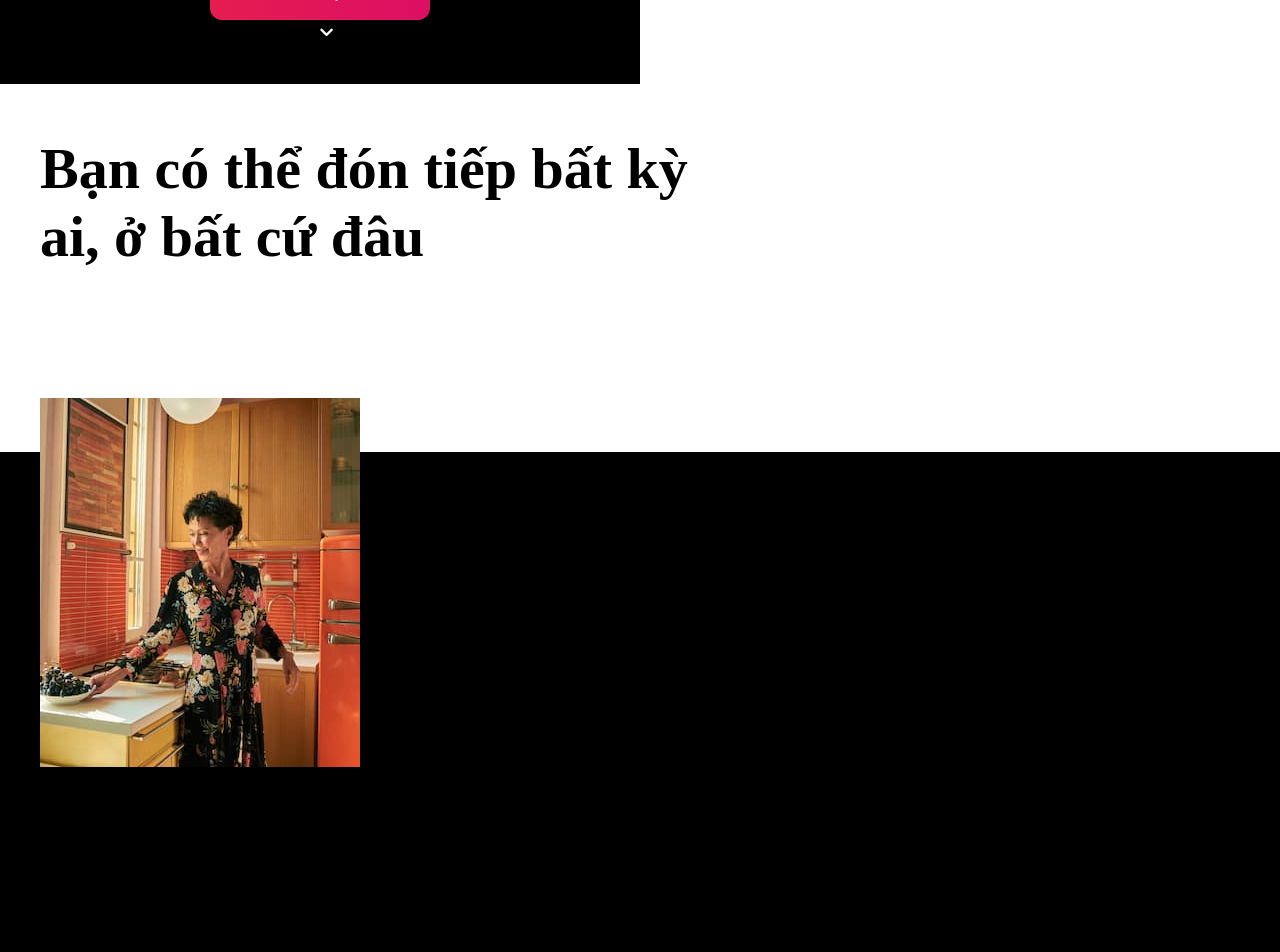
Repository: HoanTiny/AirbnbClone
Page: page3.html
The author's editor kept a copy of each file at every save. The page is drawn from the files as they stood at one save, then again after the next save.
The browser window is 1280 px wide. The pictures show the part of the page from y = 636 to 1588 px (the page is 1588 px tall).
Pictures or frames that could not be fetched are drawn as grey boxes.

Above is the page before, as saved 2021-09-13 10:02:29.

### page3.html
<!DOCTYPE html>
<html lang="en">
    <head>
        <meta charset="UTF-8" />
        <meta http-equiv="X-UA-Compatible" content="IE=edge" />
        <meta name="viewport" content="width=device-width, initial-scale=1.0" />
        <link rel="stylesheet" href="./acess/css/mainpage3.css" />
        <link rel="stylesheet" href="./acess/css/gird.css" />
        <link rel="stylesheet" href="./acess/css/base.css" />
        <link rel="stylesheet" href="./acess/css/reponsive.css" />
        <link
            rel="stylesheet"
            href="./acess/font/fontawesome-free-5.15.3-web/css/all.min.css"
        />
        <title>Cho thuê nhà</title>
    </head>
    <body>
        <div class="app-p3">
            <div class="banner">
                <div class="banner__left">
                    <div class="banner__left-img">
                        <svg
                            width="30"
                            height="32"
                            fill="currentcolor"
                            color="#fff"
                            style="display: block"
                        >
                            <path
                                d="M29.24 22.68c-.16-.39-.31-.8-.47-1.15l-.74-1.67-.03-.03c-2.2-4.8-4.55-9.68-7.04-14.48l-.1-.2c-.25-.47-.5-.99-.76-1.47-.32-.57-.63-1.18-1.14-1.76a5.3 5.3 0 00-8.2 0c-.47.58-.82 1.19-1.14 1.76-.25.52-.5 1.03-.76 1.5l-.1.2c-2.45 4.8-4.84 9.68-7.04 14.48l-.06.06c-.22.52-.48 1.06-.73 1.64-.16.35-.32.73-.48 1.15a6.8 6.8 0 007.2 9.23 8.38 8.38 0 003.18-1.1c1.3-.73 2.55-1.79 3.95-3.32 1.4 1.53 2.68 2.59 3.95 3.33A8.38 8.38 0 0022.75 32a6.79 6.79 0 006.75-5.83 5.94 5.94 0 00-.26-3.5zm-14.36 1.66c-1.72-2.2-2.84-4.22-3.22-5.95a5.2 5.2 0 01-.1-1.96c.07-.51.26-.96.52-1.34.6-.87 1.65-1.41 2.8-1.41a3.3 3.3 0 012.8 1.4c.26.4.45.84.51 1.35.1.58.06 1.25-.1 1.96-.38 1.7-1.5 3.74-3.21 5.95zm12.74 1.48a4.76 4.76 0 01-2.9 3.75c-.76.32-1.6.41-2.42.32-.8-.1-1.6-.36-2.42-.84a15.64 15.64 0 01-3.63-3.1c2.1-2.6 3.37-4.97 3.85-7.08.23-1 .26-1.9.16-2.73a5.53 5.53 0 00-.86-2.2 5.36 5.36 0 00-4.49-2.28c-1.85 0-3.5.86-4.5 2.27a5.18 5.18 0 00-.85 2.21c-.13.84-.1 1.77.16 2.73.48 2.11 1.78 4.51 3.85 7.1a14.33 14.33 0 01-3.63 3.12c-.83.48-1.62.73-2.42.83a4.76 4.76 0 01-5.32-4.07c-.1-.8-.03-1.6.29-2.5.1-.32.25-.64.41-1.02.22-.52.48-1.06.73-1.6l.04-.07c2.16-4.77 4.52-9.64 6.97-14.41l.1-.2c.25-.48.5-.99.76-1.47.26-.51.54-1 .9-1.4a3.32 3.32 0 015.09 0c.35.4.64.89.9 1.4.25.48.5 1 .76 1.47l.1.2c2.44 4.77 4.8 9.64 7 14.41l.03.03c.26.52.48 1.1.73 1.6.16.39.32.7.42 1.03.19.9.29 1.7.19 2.5z"
                            ></path>
                        </svg>
                    </div>
                    <div class="banner__left-conttent">
                        <h1 class="banner__left-heading">
                            Đón tiếp khách làm nên linh hồn của Airbnb
                        </h1>
                        <button class="banner__left-btn">
                            Thử đón tiếp khách
                        </button>
                    </div>
                    <i class="fas fa-chevron-down banner__left-icon"></i>
                </div>
                <div class="banner-right">
                    <video
                        id="video"
                        src="./acess/img/Cho thuê nhà trên Airbnb.webm"
                        class="banner__right-video"
                        autoplay
                        crossorigin="anonymous"
                        playsinline
                        preload="auto"
                        aria-label="Chelsea, Chủ nhà ở Philadelphia, mỉm cười khi mở cửa. Soraya, Chủ nhà ở Mumbai, mỉm cười khi mở cửa trước cùng một người khác ở bên cạnh. Mohamed, Chủ nhà ở Johannesburg, mỉm cười khi mở cửa. Maria, Chủ nhà ở Mexico City, gật đầu mỉm cười khi mang cây đi."
                    ></video>
                </div>
            </div>
            <div class="content">
                <div class="content__heading">
                    <div class="grid wide">
                        <h2 class="content__heading-top">
                            Bạn có thể đón tiếp bất kỳ ai, ở bất cứ đâu
                        </h2>
                    </div>
                    <div class="grid wide">
                        <div class="row content__home">
                            <div class="col l-4">
                                <img src="./acess/img/home-p3.jpg" class="img content__home-img"></img>
                            </div>
                        </div>
                    </div>
                </div>
                <div class="content__search"></div>
            </div>
        </div>
        <script>
            var videoPlayer = document.getElementById("video");
            // Auto play, half volume.
            videoPlayer.play();
            videoPlayer.volume = 0.5;

            // Play / pause.
            videoPlayer.addEventListener("click", function () {
                if (videoPlayer.paused == false) {
                    videoPlayer.pause();
                    videoPlayer.firstChild.nodeValue = "Play";
                } else {
                    videoPlayer.play();
                    videoPlayer.firstChild.nodeValue = "Pause";
                }
            });
        </script>
    </body>
</html>

### acess/css/mainpage3.css
body {
    margin: 0;
}

.banner {
    height: 100vh;
    display: flex;
    justify-content: center;
}
.banner__left {
    width: 50%;
    background-color: #000;
    position: relative;
}
.banner__left-img {
    padding: 24px;
}
.banner__left-conttent {
    display: flex;
    flex-direction: column;
    align-items: center;
    justify-content: center;
    position: absolute;
    top: 50%;
    left: 50%;
    transform: translate(-50%, -50%);
    width: fit-content;
}
.banner__left-heading {
    color: #fff;
    text-align: center;
    font-size: 6.8rem;
    line-height: 7rem;
    padding: 12px 24px;
    font-weight: 500;
}
.banner__left-btn {
    padding: 18px 32px;
    font-size: 1.8rem;
    border-radius: 12px;
    background-image: linear-gradient(
        to right,
        rgb(229, 29, 80),
        rgb(220, 14, 100)
    );
    color: var(--white-color);
    border: none;
    cursor: pointer;
}

.banner__left-icon {
    color: var(--white-color);
    position: absolute;
    bottom: 32px;
    font-size: 1.5rem;
    left: 50%;
    padding: 12px;
    margin-left: -12px;
    border-radius: 50%;
    cursor: pointer;
}

.banner__left-icon:hover {
    background-color: #999;
}

.banner-right {
    width: 50%;
}

.banner__right-video {
    object-fit: cover;
    object-position: center top;
    width: 100%;
    height: 100%;
}

.content__heading {
    position: relative;
    height: 320px;
}

.content__heading-top {
    margin-top: 48px;
    font-size: 5.8rem;
    line-height: 6.8rem;
    text-align: left;
    width: 60%;
}

.content__home {
    position: absolute;
    bottom: -100%;
}

.content__search {
    background-color: #000;
    height: 500px;
}

### acess/css/gird.css
.grid {
    width: 100%;
    display: block;
    padding: 0;
}

.grid.wide {
    max-width: 1200px;
    margin: 0 auto;
}

.row {
    display: flex;
    flex-wrap: wrap;
    margin-left: -8px;
    margin-right: -8px;
}

.row.no-gutters {
    margin-left: 0;
    margin-right: 0;
}

.col {
    padding-left: 12px;
    padding-right: 12px;
}

.row.no-gutters .col {
    padding-left: 0;
    padding-right: 0;
}

.c-0 {
    display: none;
}

.c-1 {
    flex: 0 0 8.33333%;
    max-width: 8.33333%;
}

.c-2 {
    flex: 0 0 16.66667%;
    max-width: 16.66667%;
}

.c-3 {
    flex: 0 0 25%;
    max-width: 25%;
}

.c-4 {
    flex: 0 0 33.33333%;
    max-width: 33.33333%;
}

.c-5 {
    flex: 0 0 41.66667%;
    max-width: 41.66667%;
}

.c-6 {
    flex: 0 0 50%;
    max-width: 50%;
}

.c-7 {
    flex: 0 0 58.33333%;
    max-width: 58.33333%;
}

.c-8 {
    flex: 0 0 66.66667%;
    max-width: 66.66667%;
}

.c-9 {
    flex: 0 0 75%;
    max-width: 75%;
}

.c-10 {
    flex: 0 0 83.33333%;
    max-width: 83.33333%;
}

.c-11 {
    flex: 0 0 91.66667%;
    max-width: 91.66667%;
}

.c-12 {
    flex: 0 0 100%;
    max-width: 100%;
}

.c-o-1 {
    margin-left: 8.33333%;
}

.c-o-2 {
    margin-left: 16.66667%;
}

.c-o-3 {
    margin-left: 25%;
}

.c-o-4 {
    margin-left: 33.33333%;
}

.c-o-5 {
    margin-left: 41.66667%;
}

.c-o-6 {
    margin-left: 50%;
}

.c-o-7 {
    margin-left: 58.33333%;
}

.c-o-8 {
    margin-left: 66.66667%;
}

.c-o-9 {
    margin-left: 75%;
}

.c-o-10 {
    margin-left: 83.33333%;
}

.c-o-11 {
    margin-left: 91.66667%;
}

/* >= Tablet */
@media (min-width: 740px) {
    .row {
        margin-left: -4px;
        margin-right: -4px;
    }

    .col {
        padding-left: 4px;
        padding-right: 4px;
    }

    .m-0 {
        display: none;
    }

    .m-1,
    .m-2,
    .m-3,
    .m-4,
    .m-5,
    .m-6,
    .m-7,
    .m-8,
    .m-9,
    .m-10,
    .m-11,
    .m-12 {
        display: block;
    }

    .m-1 {
        flex: 0 0 8.33333%;
        max-width: 8.33333%;
    }

    .m-2 {
        flex: 0 0 16.66667%;
        max-width: 16.66667%;
    }

    .m-3 {
        flex: 0 0 25%;
        max-width: 25%;
    }

    .m-4 {
        flex: 0 0 33.33333%;
        max-width: 33.33333%;
    }

    .m-5 {
        flex: 0 0 41.66667%;
        max-width: 41.66667%;
    }

    .m-6 {
        flex: 0 0 50%;
        max-width: 50%;
    }

    .m-7 {
        flex: 0 0 58.33333%;
        max-width: 58.33333%;
    }

    .m-8 {
        flex: 0 0 66.66667%;
        max-width: 66.66667%;
    }

    .m-9 {
        flex: 0 0 75%;
        max-width: 75%;
    }

    .m-10 {
        flex: 0 0 83.33333%;
        max-width: 83.33333%;
    }

    .m-11 {
        flex: 0 0 91.66667%;
        max-width: 91.66667%;
    }

    .m-12 {
        flex: 0 0 100%;
        max-width: 100%;
    }

    .m-o-1 {
        margin-left: 8.33333%;
    }

    .m-o-2 {
        margin-left: 16.66667%;
    }

    .m-o-3 {
        margin-left: 25%;
    }

    .m-o-4 {
        margin-left: 33.33333%;
    }

    .m-o-5 {
        margin-left: 41.66667%;
    }

    .m-o-6 {
        margin-left: 50%;
    }

    .m-o-7 {
        margin-left: 58.33333%;
    }

    .m-o-8 {
        margin-left: 66.66667%;
    }

    .m-o-9 {
        margin-left: 75%;
    }

    .m-o-10 {
        margin-left: 83.33333%;
    }

    .m-o-11 {
        margin-left: 91.66667%;
    }
}

/* PC medium resolution > */
@media (min-width: 1113px) {
    .row {
        margin-left: -12px;
        margin-right: -12px;
    }

    .row.sm-gutter {
        margin-left: -5px;
        margin-right: -5px;
    }

    .col {
        padding-left: 12px;
        padding-right: 12px;
    }

    .row.sm-gutter .col {
        padding-left: 5px;
        padding-right: 5px;
    }

    .l-0 {
        display: none;
    }

    .l-1,
    .l-2,
    .l-2-4,
    .l-3,
    .l-4,
    .l-5,
    .l-6,
    .l-7,
    .l-8,
    .l-9,
    .l-10,
    .l-11,
    .l-12 {
        display: block;
    }

    .l-1 {
        flex: 0 0 8.33333%;
        max-width: 8.33333%;
    }

    .l-2 {
        flex: 0 0 16.66667%;
        max-width: 16.66667%;
    }

    .l-2-4 {
        flex: 0 0 20%;
        max-width: 20%;
    }

    .l-3 {
        flex: 0 0 25%;
        max-width: 25%;
    }

    .l-4 {
        flex: 0 0 33.33333%;
        max-width: 33.33333%;
    }

    .l-5 {
        flex: 0 0 41.66667%;
        max-width: 41.66667%;
    }

    .l-6 {
        flex: 0 0 50%;
        max-width: 50%;
    }

    .l-7 {
        flex: 0 0 58.33333%;
        max-width: 58.33333%;
    }

    .l-8 {
        flex: 0 0 66.66667%;
        max-width: 66.66667%;
    }

    .l-9 {
        flex: 0 0 75%;
        max-width: 75%;
    }

    .l-10 {
        flex: 0 0 83.33333%;
        max-width: 83.33333%;
    }

    .l-11 {
        flex: 0 0 91.66667%;
        max-width: 91.66667%;
    }

    .l-12 {
        flex: 0 0 100%;
        max-width: 100%;
    }

    .l-o-1 {
        margin-left: 8.33333%;
    }

    .l-o-2 {
        margin-left: 16.66667%;
    }

    .l-o-3 {
        margin-left: 25%;
    }

    .l-o-4 {
        margin-left: 33.33333%;
    }

    .l-o-5 {
        margin-left: 41.66667%;
    }

    .l-o-6 {
        margin-left: 50%;
    }

    .l-o-7 {
        margin-left: 58.33333%;
    }

    .l-o-8 {
        margin-left: 66.66667%;
    }

    .l-o-9 {
        margin-left: 75%;
    }

    .l-o-10 {
        margin-left: 83.33333%;
    }

    .l-o-11 {
        margin-left: 91.66667%;
    }
}

/* Tablet - PC low resolution */
@media (min-width: 740px) and (max-width: 1023px) {
    .wide {
        width: 644px;
    }
}

/* > PC low resolution */
@media (min-width: 1024px) and (max-width: 1239px) {
    .wide {
        width: 984px;
    }

    .wide .row {
        margin-left: -12px;
        margin-right: -12px;
    }

    .wide .row.sm-gutter {
        margin-left: -5px;
        margin-right: -5px;
    }

    .wide .col {
        padding-left: 12px;
        padding-right: 12px;
    }

    .wide .row.sm-gutter .col {
        padding-left: 5px;
        padding-right: 5px;
    }

    .wide .l-0 {
        display: none;
    }

    .wide .l-1,
    .wide .l-2,
    .wide .l-2-4,
    .wide .l-3,
    .wide .l-4,
    .wide .l-5,
    .wide .l-6,
    .wide .l-7,
    .wide .l-8,
    .wide .l-9,
    .wide .l-10,
    .wide .l-11,
    .wide .l-12 {
        display: block;
    }

    .wide .l-1 {
        flex: 0 0 8.33333%;
        max-width: 8.33333%;
    }

    .wide .l-2 {
        flex: 0 0 16.66667%;
        max-width: 16.66667%;
    }

    .wide .l-2-4 {
        flex: 0 0 20%;
        max-width: 20%;
    }

    .wide .l-3 {
        flex: 0 0 25%;
        max-width: 25%;
    }

    .wide .l-4 {
        flex: 0 0 33.33333%;
        max-width: 33.33333%;
    }

    .wide .l-5 {
        flex: 0 0 41.66667%;
        max-width: 41.66667%;
    }

    .wide .l-6 {
        flex: 0 0 50%;
        max-width: 50%;
    }

    .wide .l-7 {
        flex: 0 0 58.33333%;
        max-width: 58.33333%;
    }

    .wide .l-8 {
        flex: 0 0 66.66667%;
        max-width: 66.66667%;
    }

    .wide .l-9 {
        flex: 0 0 75%;
        max-width: 75%;
    }

    .wide .l-10 {
        flex: 0 0 83.33333%;
        max-width: 83.33333%;
    }

    .wide .l-11 {
        flex: 0 0 91.66667%;
        max-width: 91.66667%;
    }

    .wide .l-12 {
        flex: 0 0 100%;
        max-width: 100%;
    }

    .wide .l-o-1 {
        margin-left: 8.33333%;
    }

    .wide .l-o-2 {
        margin-left: 16.66667%;
    }

    .wide .l-o-3 {
        margin-left: 25%;
    }

    .wide .l-o-4 {
        margin-left: 33.33333%;
    }

    .wide .l-o-5 {
        margin-left: 41.66667%;
    }

    .wide .l-o-6 {
        margin-left: 50%;
    }

    .wide .l-o-7 {
        margin-left: 58.33333%;
    }

    .wide .l-o-8 {
        margin-left: 66.66667%;
    }

    .wide .l-o-9 {
        margin-left: 75%;
    }

    .wide .l-o-10 {
        margin-left: 83.33333%;
    }

    .wide .l-o-11 {
        margin-left: 91.66667%;
    }
}

### acess/css/base.css
:root {
    --white-color:#fff;
    --black-color: #000;
    --text-color: #333;
}

* {
    box-sizing: inherit;
}

html {
    /* font-family: Circular, -apple-system, BlinkMacSystemFont, Roboto, "Helvetica Neue", sans-serif; */
    font-family: 'Font Awesome 5 Free';
    box-sizing: border-box;
    font-size: 62.5%;
    line-height: 1.8rem;
}

### acess/css/reponsive.css
@media (min-width: 723px) and (max-width: 1023px) {
    .hold-on-mobile-tablet {
        display: none;
    }
    .background {
        background-position: unset;
    }

    .header__nav-list-tablet {
        display: flex;
    }

    .search {
        margin: 0;
    }

    .search__item:first-of-type {
        padding-left: 32px;
    }

    .search__item {
        margin: 0;
        padding: 12px;
    }

    .home__product-tablet {
        height: 140px;
        overflow: hidden;
        display: -webkit-box;
        -webkit-line-clamp: 2;
    }

    .home__category-tablet {
        display: flex;
        max-width: 100%;
        overflow-x: auto;
        flex-wrap: nowrap;
    }

    .home__category-tablet::-webkit-scrollbar {
        display: none;
    }

    .home__category-item-tablet {
        width: 33.3333%;
        flex-shrink: 0;
    }

    .footer-end {
        flex-direction: column-reverse;
    }

    .footer__end-social-list{
        display: flex;
        justify-content: center;
    }

    .footer__end-copyright-list{
        flex-wrap: wrap;
        justify-content: center;
    }

    .footer__end-copyright__item:first-of-type {
        width: 100%;
        text-align: center;
        margin-bottom: 4px;
    }

    .header__nav-scrollba-btn {
        margin-left: auto;
    }

}

@media (max-width: 723px)
{
    .hold-on-mobile {
        display: none;
    }

    .search {
        display: none;
    }
    .header__nav {
        display: none;
    }

    .header__mobile{
        display: flex;
    }

    .footer {
        text-align: center;
    }

    .home__category-tablet {
        display: flex;
        max-width: 100%;
        overflow-x: auto;
        flex-wrap: nowrap;
    }

    .home__category-tablet::-webkit-scrollbar {
        display: none;
    }

    .home__category-item-tablet {
        width: 33.3333%;
        flex-shrink: 0;
    }

    #header__nav-scrollbar {
        display: none;
    }

    .header__mobile {
        position: fixed;
        top: 0px;
        left: 0;
        right: 0;
        z-index: 12;
        align-items: center;
    }

    .header__mobile-btn {
        border: none;
        background-color: rgb(247, 247, 247);
        box-shadow: none;
        top: 20;
    }

    .web__content-heading {
        font-size: 2.2rem;
        line-height: 2.6rem;
    }

    .home__category-next {
        display: none;
    }

    .home__category-return--active {
        display: none;
    }

    .home__experience-mobile {
        display: flex;
        max-width: 100%;
        overflow-x: auto;
        flex-wrap: nowrap;
    }

    .home__experience-mobile::-webkit-scrollbar {
        display: none;
    }

    .home__experience-mobile-item {
        width: 75%;
        flex-shrink: 0;
    }

    path {
        display: none;
    }
    .search-where {
        display: block;
        position: revert;
    }

    .search-where-icon {
        display: none;
    }

    /* Page 2 */

    .home-place__item-img {
        height: 345px;
    }

    .menu-list__item {
        border: none;
    }

    .header-page2 {
        border-bottom: none;
    }

    .header__mobile-page2 {
        display: block;
    }

    .home-place {
        margin-top: 115px;
    }

}

Loaded but not shown: acess/font/fontawesome-free-5.15.3-web/css/all.min.css (library)

After the next save:
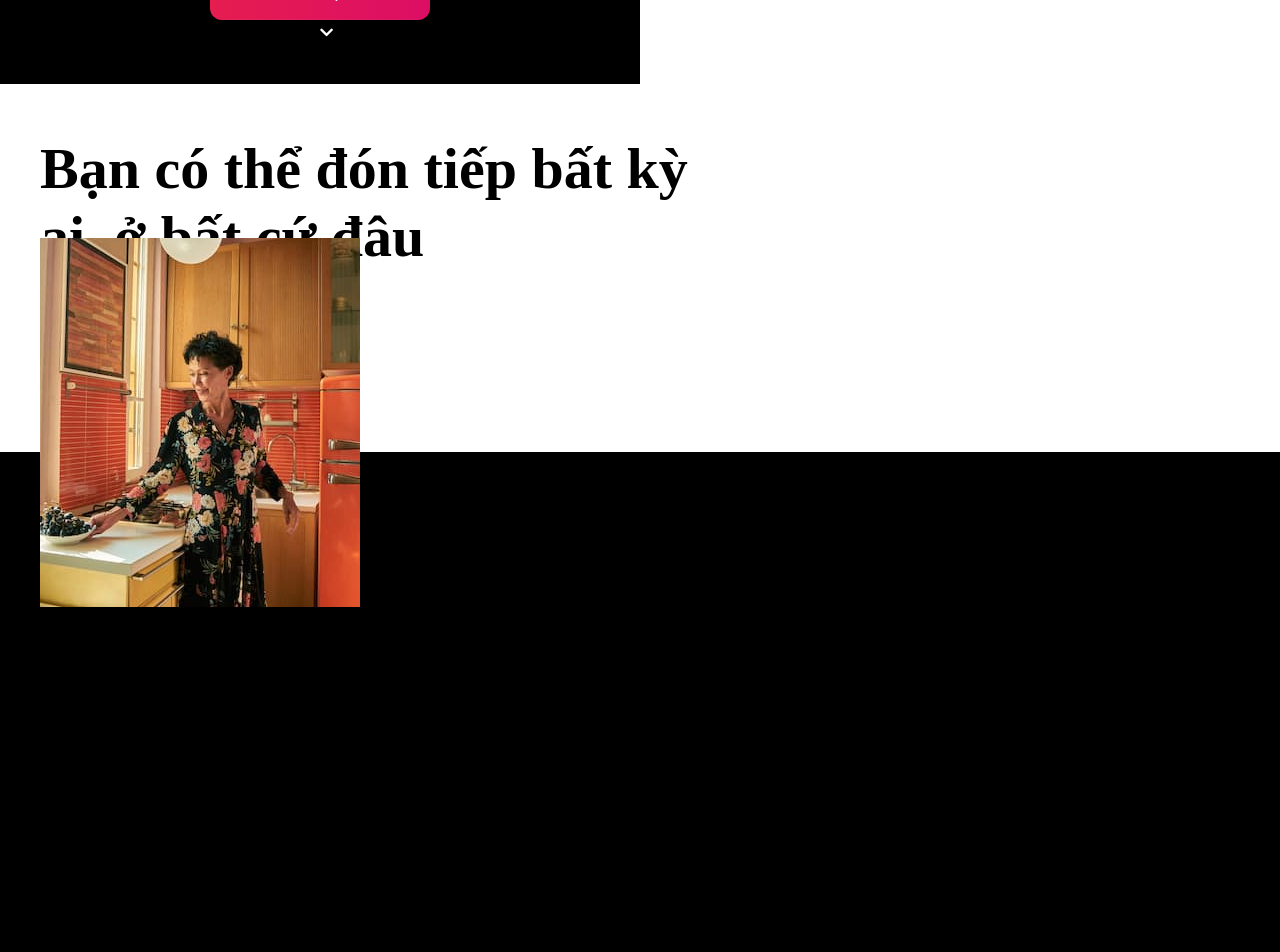
Saved 4 s later.
--- a/acess/css/mainpage3.css
+++ b/acess/css/mainpage3.css
@@ -90,7 +90,7 @@ body {
 
 .content__home {
     position: absolute;
-    bottom: -100%;
+    bottom: -50%;
 }
 
 .content__search {
